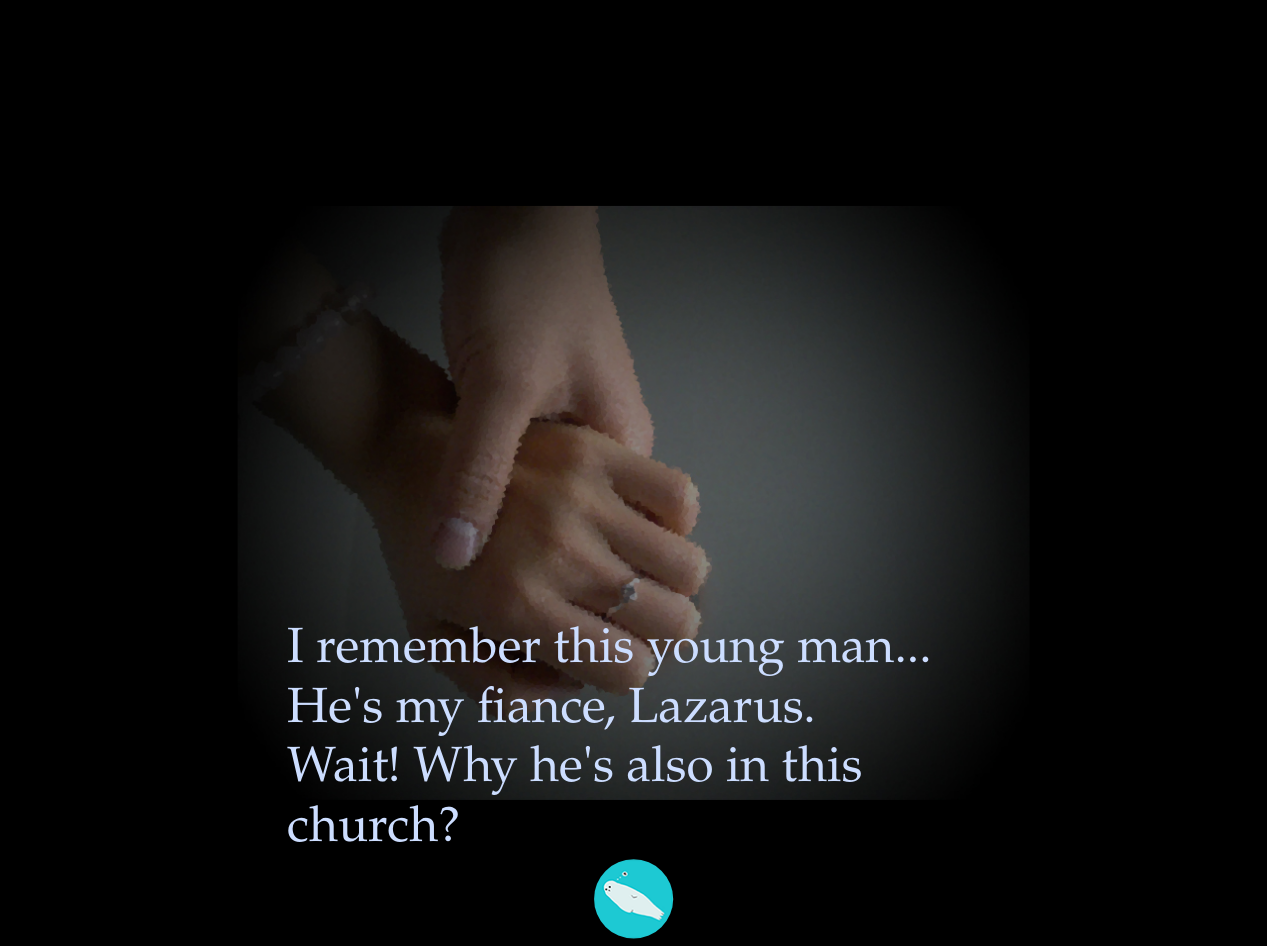
Repository: yiy225/yiy225.github.io
Page: final/ymm1.html
The author's editor kept a record of every edit. The page is drawn from the files as they stood at one moment, then again after the next edit.
The browser window is 1280 px wide. The pictures show the whole page, at 99% of full size.

Above is the page before.

### final/ymm1.html
<!DOCTYPE html>
<html>
   <head>
        <title>The Dance of Death</title>
        <link href="styles ymm1.css" rel="stylesheet">
    </head>
    <body>
     <div class= div1></div>

     <div class= div2>
         <div class= c1>
         <br>
         <br>
         <br>
         <br>
         <br>
         <br>
         <br>
         I remember this young man...
         <br>
         He's my fiance, Lazarus.
         <br>
         Wait! Why he's also in this church?</div>
    </div>
     <br>
     <a href="de1" class="mouse"></a>

    </body>
</html>

### final/styles ymm1.css
body {
    background-color: black;
    font-size: 50px;
    font-family: Garamond, serif;
    text-align: center;
    color: #CCDDFF;
}


.div1 {
    margin: 0px auto;
    width: 200px;
    height: 200px ;
    text-align: center;
    margin-left: auto;
    margin-right: auto;

}

.div2 {
    background-image: url(ymm1.jpg);
    height: 600px;
    width: 800px;
    z-index: 100;
    text-align: left;
    margin-left: auto;
    margin-right: auto;

}

.c1{
    position: relative;
    margin-left:auto;
    margin-right:auto;
    padding-left:50px;
}

.mouse {
   width: 80px;
   height: 80px;
   background-image: url(seal.png);
   background-repeat: no-repeat;
   display: block;
   text-indent: 100%;
   white-space: nowrap;
   overflow: hidden;
   position: relative;
   text-align:center;
   margin-left:auto;
   margin-right:auto;
   border-radius: 100%;
}


.mouse:hover {
background-position: -80px 0;
}


.mouse:active {
background-position: -160px 0;
}

After the next edit:
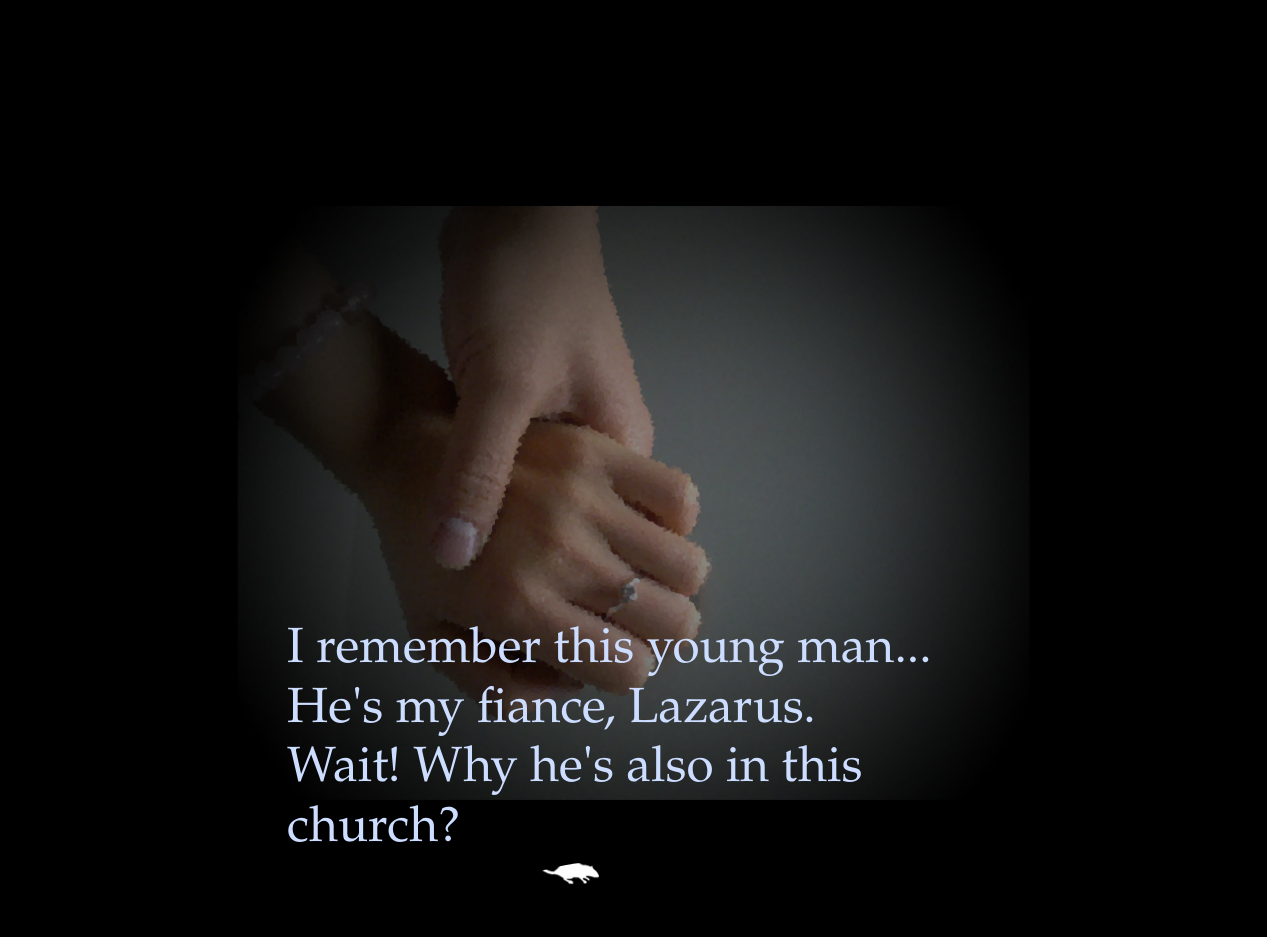
The edit:
--- a/final/styles ymm1.css
+++ b/final/styles ymm1.css
@@ -36,9 +36,9 @@
 }
 
 .mouse {
-   width: 80px;
-   height: 80px;
-   background-image: url(seal.png);
+   width: 250px;
+   height: 70px;
+   background-image: url(mouse.jpg);
    background-repeat: no-repeat;
    display: block;
    text-indent: 100%;
